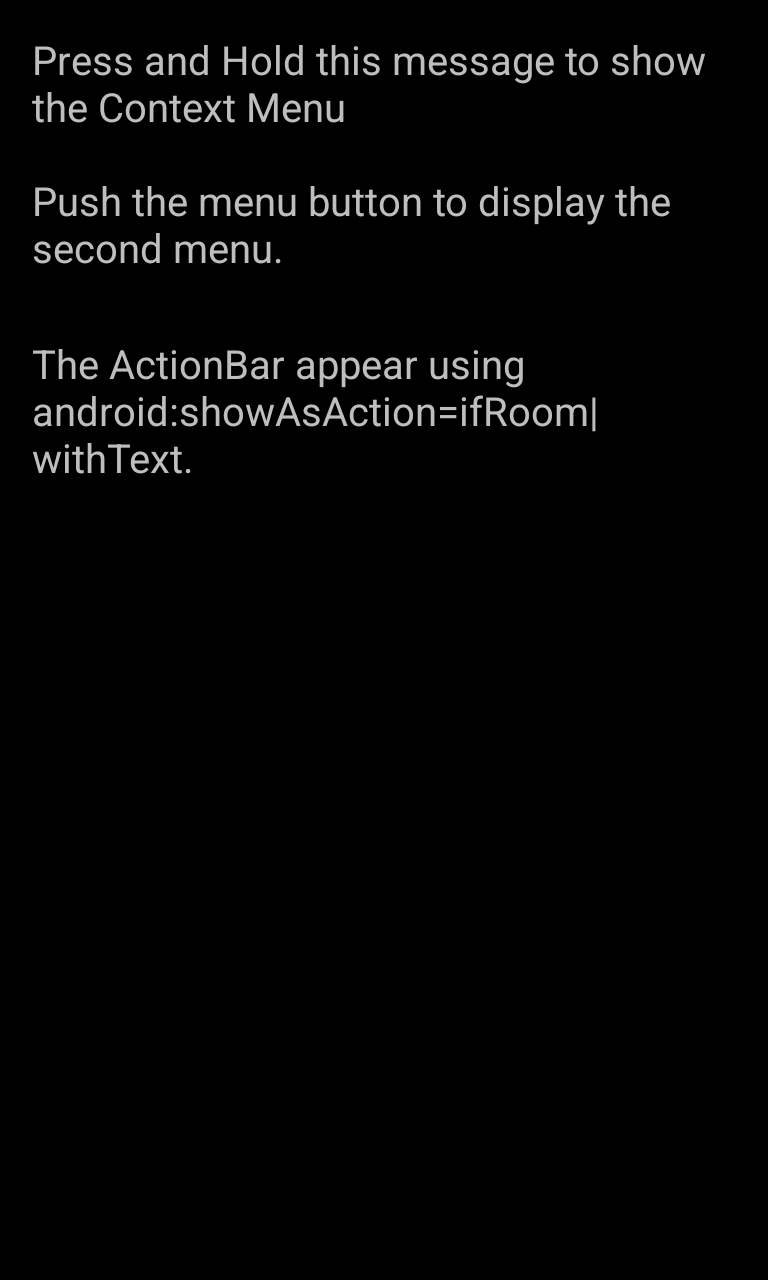
Repository: Amir13/Android_Basic_Steps
Layout: ViewElements/res/layout/activity_menu.xml
The author's editor kept a copy of each file at every save. The layout is drawn from the files as they stood at one save, then again after the next save.
It is drawn on a 768 x 1280 px phone screen (xhdpi) without system bars, with theme android:Theme.Holo; the app's code is not run.

Above is the layout before, as saved 2014-05-27 01:38:11.

After the next save:
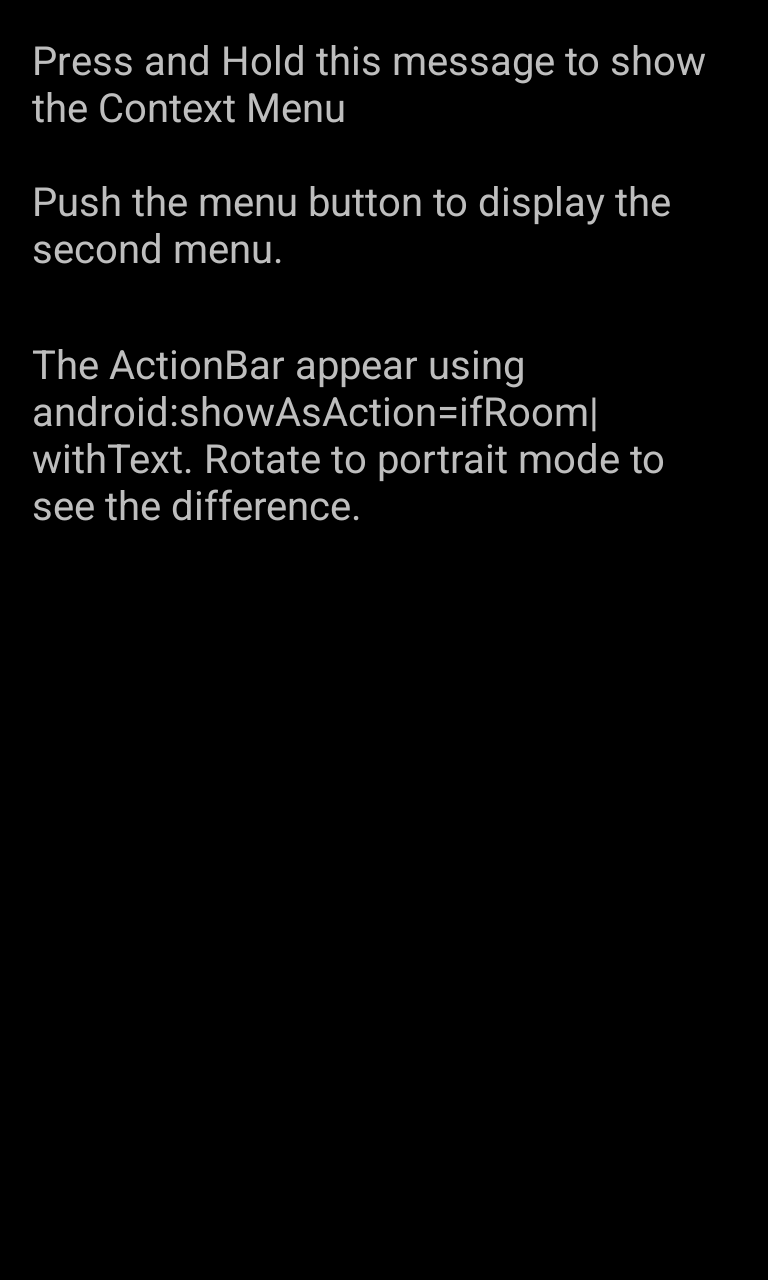
Saved 40 s later.
--- a/ViewElements/res/values/strings.xml
+++ b/ViewElements/res/values/strings.xml
@@ -63,7 +63,7 @@
     <string name="hello_world">Hello world!</string>
     <string name="menu_description">Press and Hold this message to show the Context Menu</string>
     <string name="menu_description2">Push the menu button to display the second menu.</string>
-    <string name="menu_description3">The ActionBar appear using "android:showAsAction="ifRoom|withText"".</string>
+    <string name="menu_description3">The ActionBar appear using "android:showAsAction="ifRoom|withText"". Rotate to portrait mode to see the difference.</string>
     <string name="LinealLayout">LinealLayout</string>
     <string name="RelativeLayout">RelativeLayout</string>
     <string name="title_activity_relative_layout">RelativeLayoutActivity</string>
